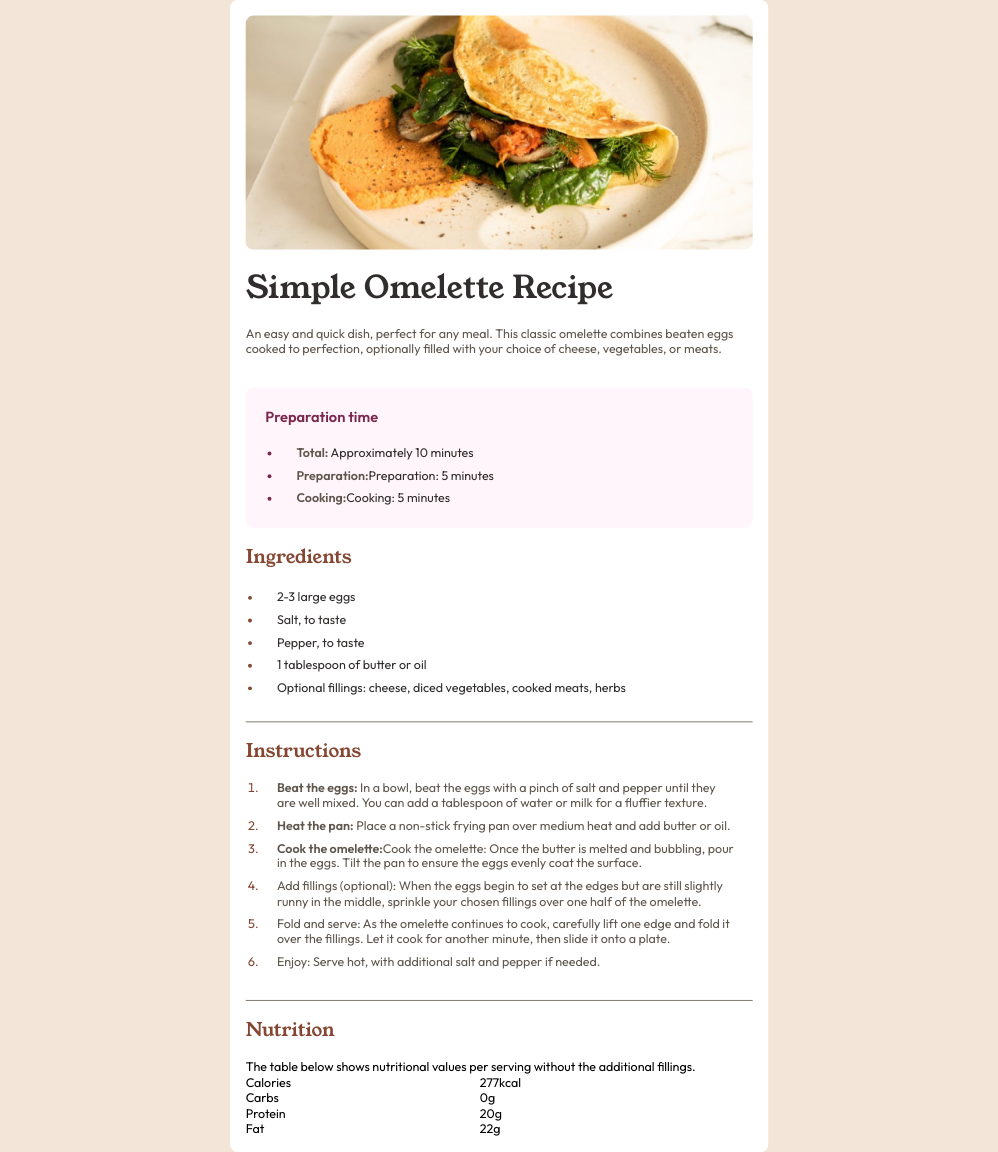
Repository: reemoon-ctrl/mine-recipe-page-main
Page: index1.html
An editor plug-in stored every save of this project. The page is shown before and after the next save, followed by the edit.
The browser window is 1280 px wide. The pictures show the whole page, at 78% of full size.

Above is the page before, as saved 2024-08-11 16:55:38.

After the next save:
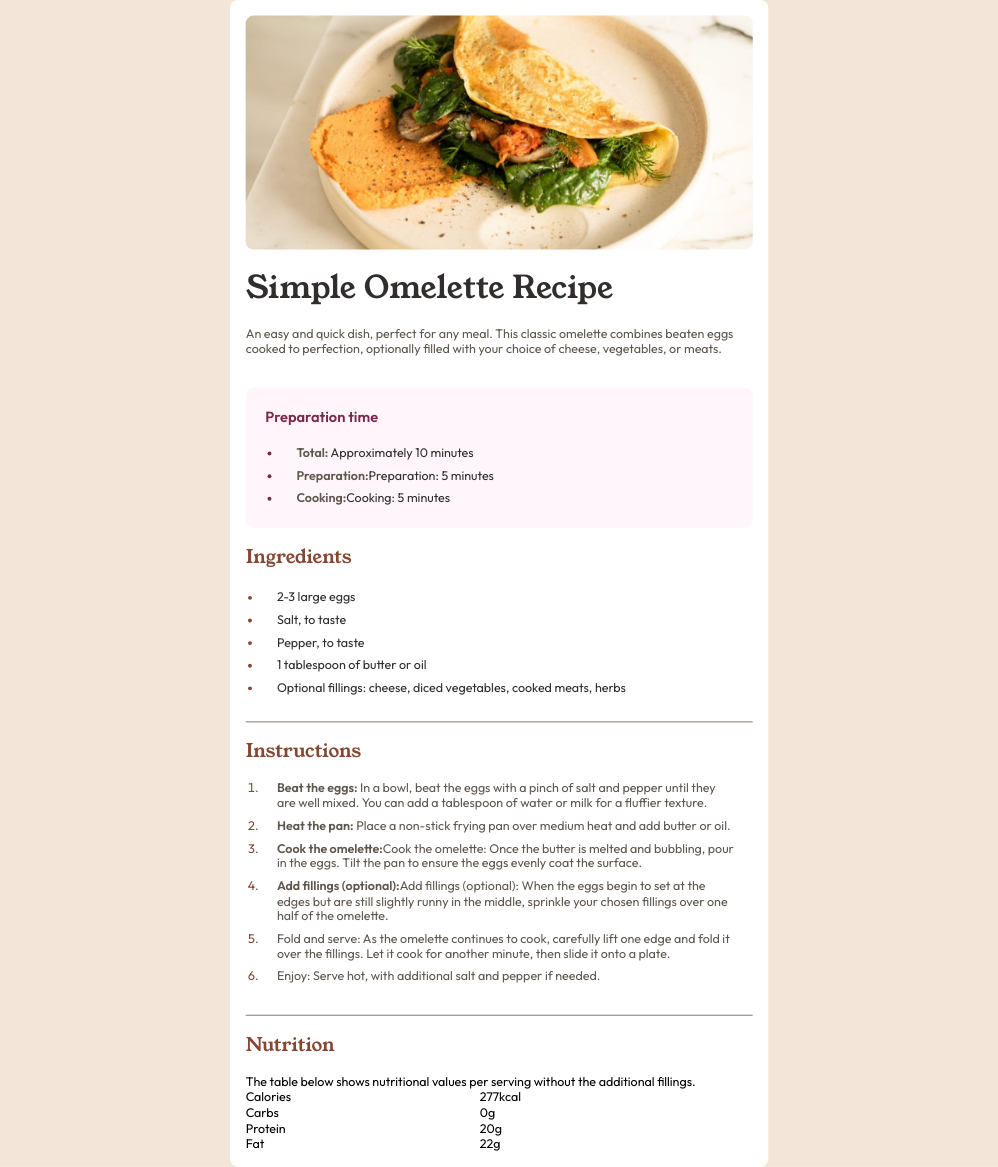
Saved 23 s later.
--- a/index1.html
+++ b/index1.html
@@ -54,7 +54,7 @@
                     <li><span class="dark">Heat the pan:</span> Place a non-stick frying pan over medium heat and add butter or oil.</li>
                     <li><span class="dark">Cook the omelette:</span>Cook the omelette: Once the butter is melted and bubbling, pour in the eggs. Tilt the pan to ensure
                         the eggs evenly coat the surface.</li>
-                    <li><span class="dark"></span>Add fillings (optional): When the eggs begin to set at the edges but are still slightly runny in the
+                    <li><span class="dark">Add fillings (optional):</span>Add fillings (optional): When the eggs begin to set at the edges but are still slightly runny in the
                         middle, sprinkle your chosen fillings over one half of the omelette.</li>
                     <li>Fold and serve: As the omelette continues to cook, carefully lift one edge and fold it over the
                         fillings. Let it cook for another minute, then slide it onto a plate.</li>
